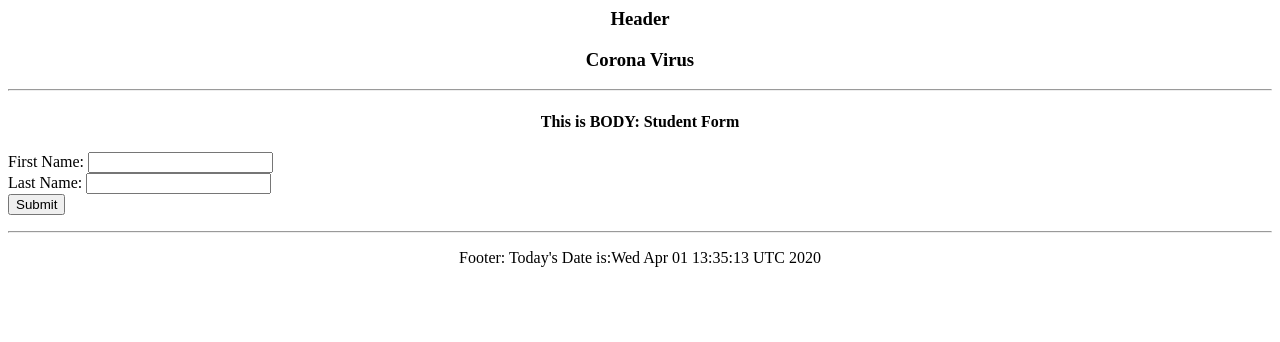
Repository: ZubaerAhmed/2-Corona-virus-eclipse-workspace
Page: http://localhost/CoronaVirus/Corona/main.jsp
These files come from the project's save history. The page is drawn as it stood at one moment and after the next save; the edit follows.
The browser window is 1280 px wide. The pictures show the whole page.
The page is served by Tomcat 9.

Above is the page before, as saved 2020-04-01 20:45:45.

After the next save:
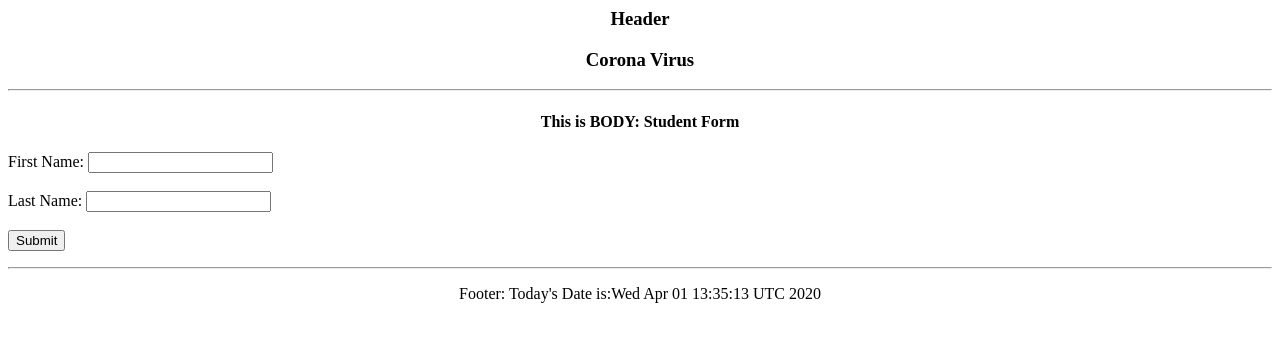
Saved 101 s later.
--- a/CoronaVirus/WebContent/Corona/main.jsp
+++ b/CoronaVirus/WebContent/Corona/main.jsp
@@ -8,10 +8,10 @@
 
  	<form action="studentForm.jsp  " >
  	First Name: <input type="text" name="firstName" />
- 	<br>
+ 	<br><br>
  	Last Name:  <input type="text" name="lastName" />
 
- 	<br>
+ 	<br><br>
  	<input type="submit" name="submit">
  </form>
 
